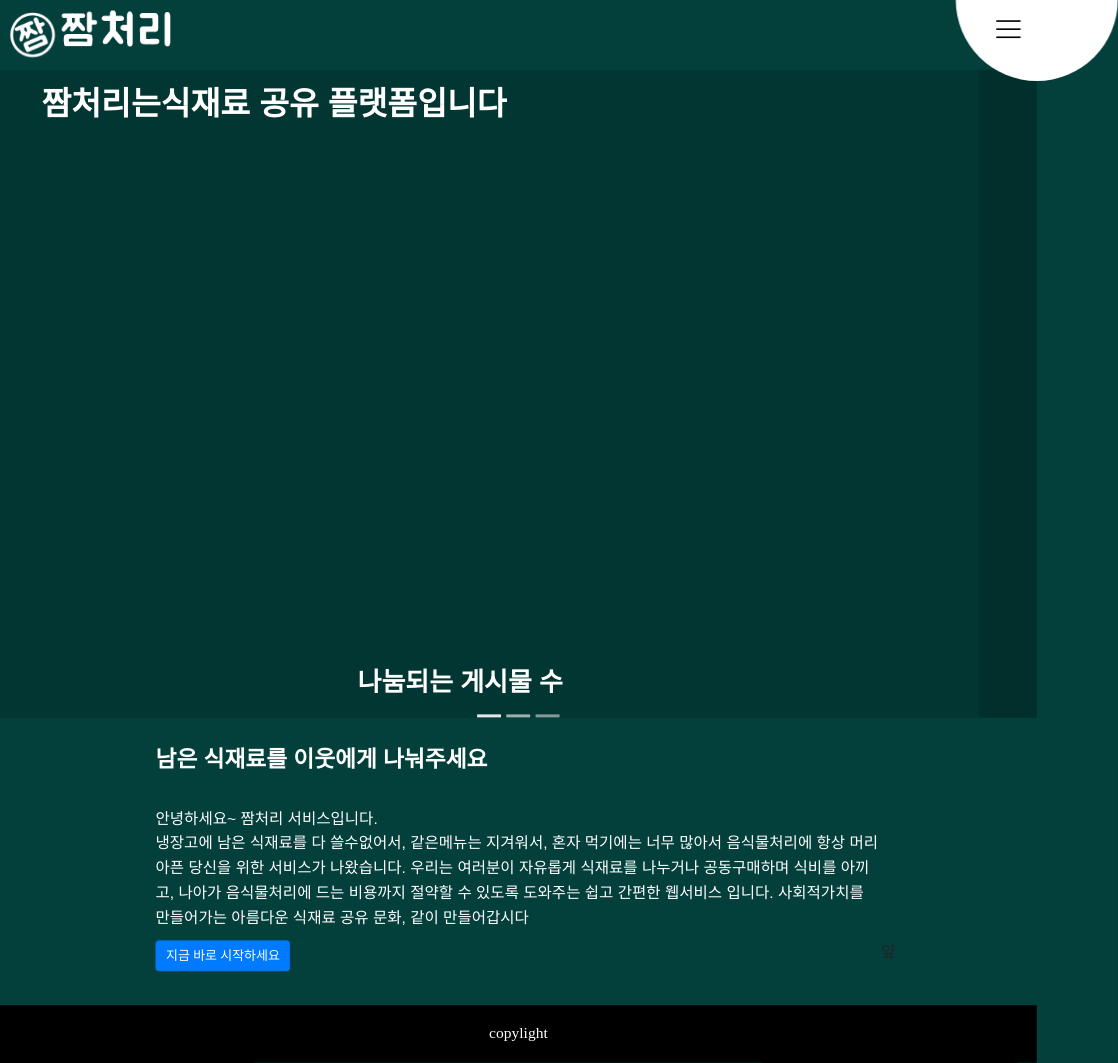
Repository: navang/JJAM_project
Page: http://localhost/jjam/WEB-INF/views/jjam_intro.jsp
An editor plug-in stored every save of this project. The page is shown before and after the next save, followed by the edit.
The browser window is 1280 px wide. The page is 1380 px wide, so the pictures cover 1380 px, including what lies to the right of the window. The pictures show the whole page, at 81% of full size.
Some web fonts or font styles are not loaded; a fallback is used. Some web libraries are served in a nearby version. The page is served by Tomcat 9. Nobody is signed in. The template is opened directly, without the code that normally fills it, so the values that code supplies are empty.

Above is the page before, as saved 2019-07-23 07:28:07.

After the next save:
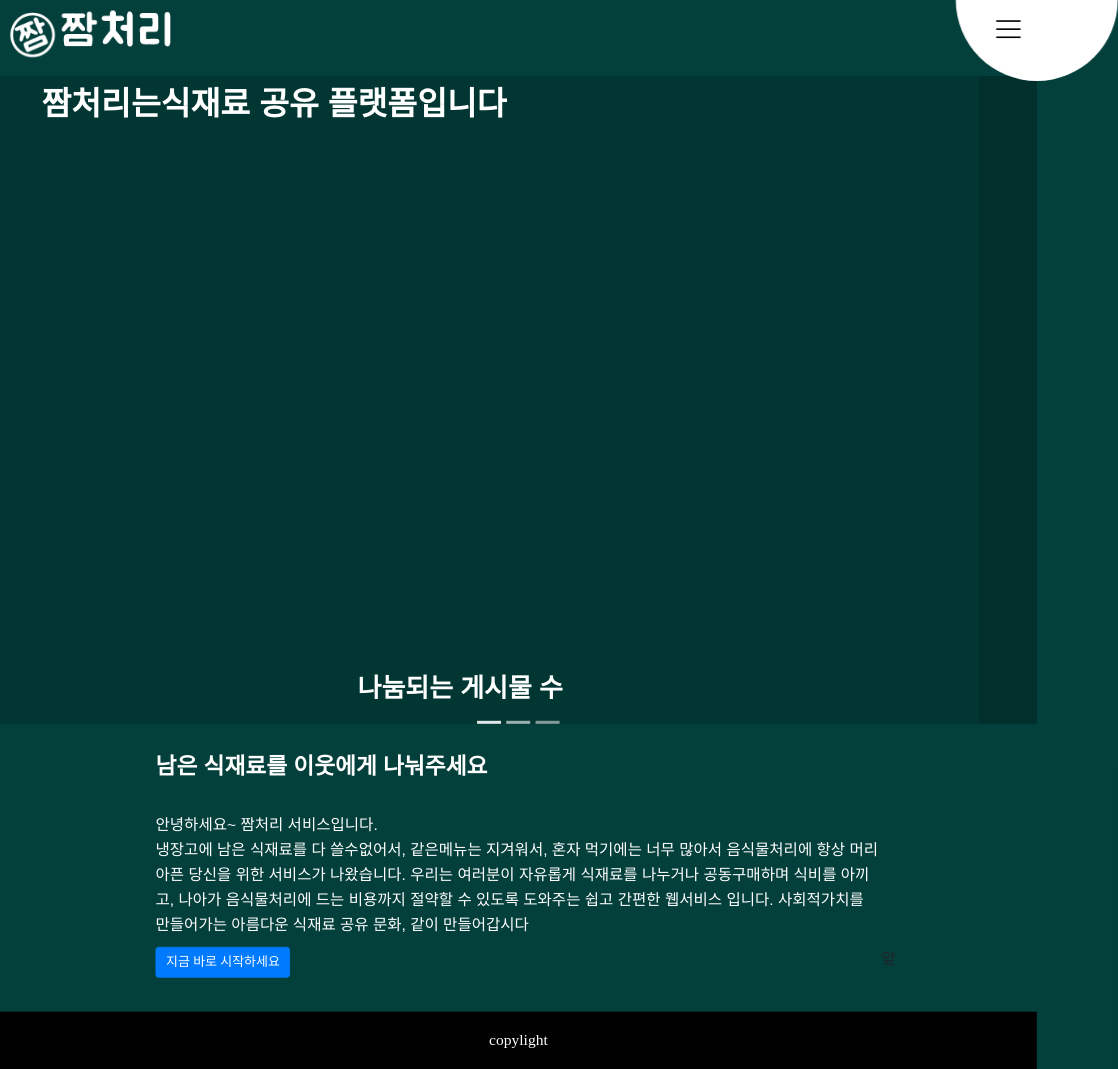
Saved 10 min 1 s later.
--- a/jjam/src/main/webapp/WEB-INF/views/jjam_intro.jsp
+++ b/jjam/src/main/webapp/WEB-INF/views/jjam_intro.jsp
@@ -55,6 +55,9 @@
         <li> <a href="customerLogin.do">로그인</a></li>
      	</ul>
 
+     	<div>
+     	<div style="display:inline-block"></div>
+     	</div>
 
       </label>
 
